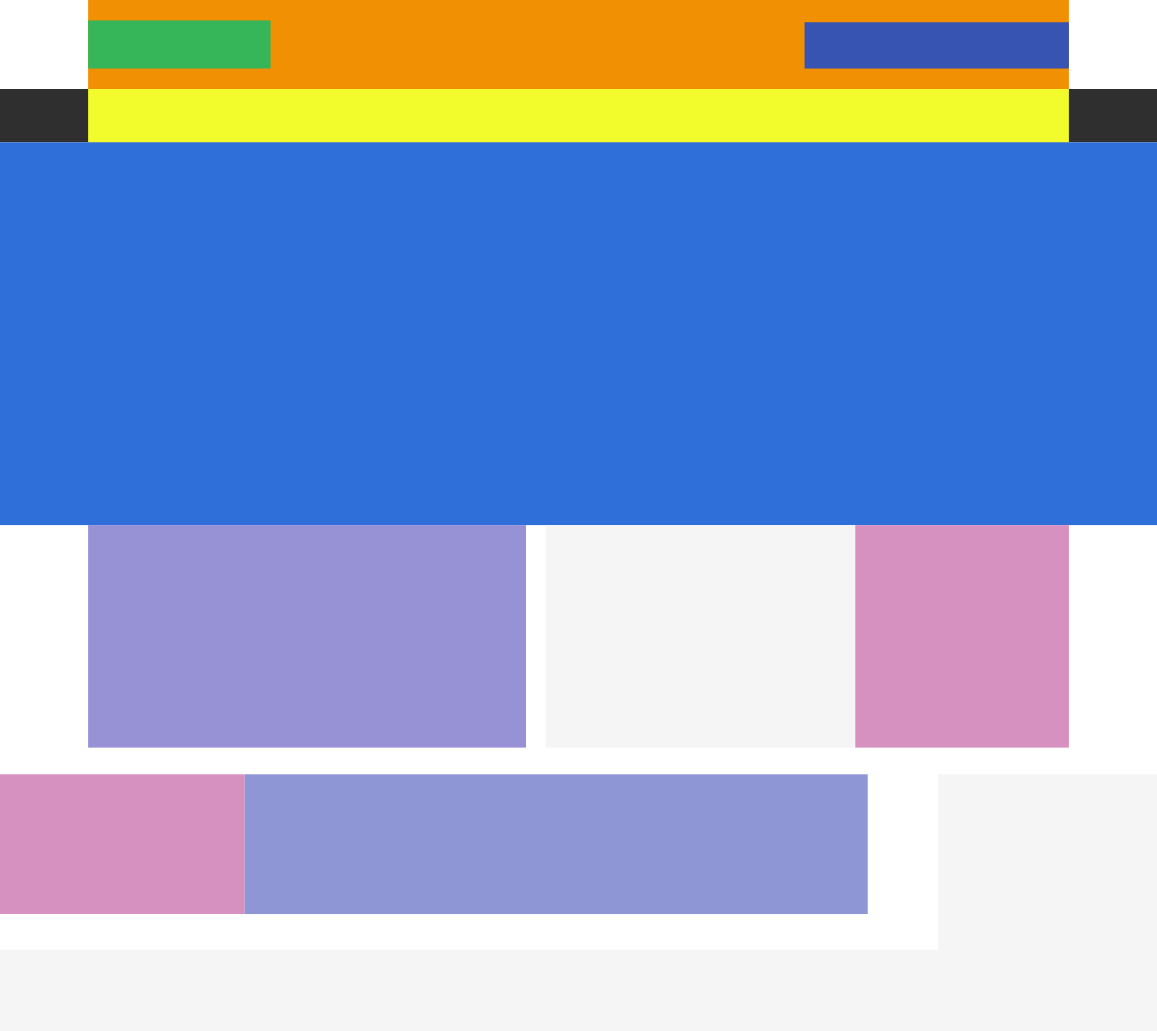
Repository: A1LExX/H5_study_set
Page: day04/扣丁.html
The author's editor kept a copy of each file at every save. The page is drawn from the files as they stood at one save, then again after the next save.
The browser window is 1280 px wide. The page is 1300 px wide, so the pictures cover 1300 px, including what lies to the right of the window. The pictures show the whole page, at 89% of full size.

Above is the page before, as saved 2021-06-24 20:30:03.

### day04/扣丁.html
<!--
@author [Alex Wei]
@email [w2262196@outlook.com]
@create date 2021-06-24 12:47:26
@modify date 2021-06-24 20:26:49
@desc [description]
-->
<!DOCTYPE html>
<html lang="en">

<head>
    <meta charset="UTF-8">
    <meta http-equiv="X-UA-Compatible" content="IE=edge">
    <meta name="viewport" content="width=device-width, initial-scale=1.0">
    <title>扣丁学堂</title>
    <link rel="stylesheet" href="./css/codingke.css">
</head>

<body>
    <div class="header">
        <div class="insideHeader">
            <div class="leftBox"></div>
            <div class="rightBox"></div>
        </div>
    </div>
    <div class="con1">
        <div class="out1"></div>
    </div>
    <div class="con2"></div>
    <div class="con3">
        <div class="out2">
            <div class="con3Box1"></div>
            <div class="con3Box2"></div>
            <div class="con3Box3"></div>
        </div>
    </div>
    <div class="con4">
        <div class="out3">
            <div class="con4Box1"></div>
            <div class="con4Box2"></div>
        </div>
    </div>
</body>

</html>

### day04/css/codingke.css
/**
 * @author [Alex Wei]
 * @email [w2262196@outlook.com]
 * @create date 2021-06-24 13:00:50
 * @modify date 2021-06-24 20:30:03
 * @desc [description]
 */
*{
    padding: 0;
    margin: 0;
}
.header{
    width: 1300px;
    height: 100px;
}
.insideHeader{
    width: 1102px;
    height: 100px;
    background: #f29004;
    overflow: hidden;
    margin: 0 auto;
}
.leftBox{
    width: 205px;
    height: 54px;
    background: #36b559;
    float: left;
    margin-top: 23px;
}
.rightBox{
    width: 297px;
    height: 52px;
    background: #3754b3;
    float: right;
    margin-top: 25px;
}
.con1{
    width: 1300px;
    height: 60px;
    background: #2f2f2f;
}
.out1{
    width: 1102px;
    height: 60px;
    background: #f2fb2b;
    margin: 0 auto;
}
.con2{
    width: 1300px;
    height: 430px;
    background: #2f6fd9;
}
.con3{
    width: 1300px;
    height: 250px;
    padding-bottom: 30px;
}
.out2{
    width: 1102px;
    height: 250px;
    margin: 0 auto;
}
.con3Box1{
    width: 492px;
    height: 250px;
    background: #9791d6;
    float: left;
    margin-right: 22px;
}
.con3Box2{
    width: 348px;
    height: 250px;
    float: left;
    background: #f5f5f5;
}
.con3Box3{
    width: 240px;
    height: 250px;
    float: left;
    background: #d691c0;
}
.con4{
    width: 1300px;
    height: 288px;
    background: #f5f5f5;
}
.out3{
    width: 1054px;
    height: 197px;
    background: #ffffff;
}
.con4Box1{
    width: 275px;
    height: 157px;
    background: #d691c0;
    float: left;
}
.con4Box2{
    width: 700px;
    height: 157px;
    background: #8f96d5;
    float: left;
}

After the next save:
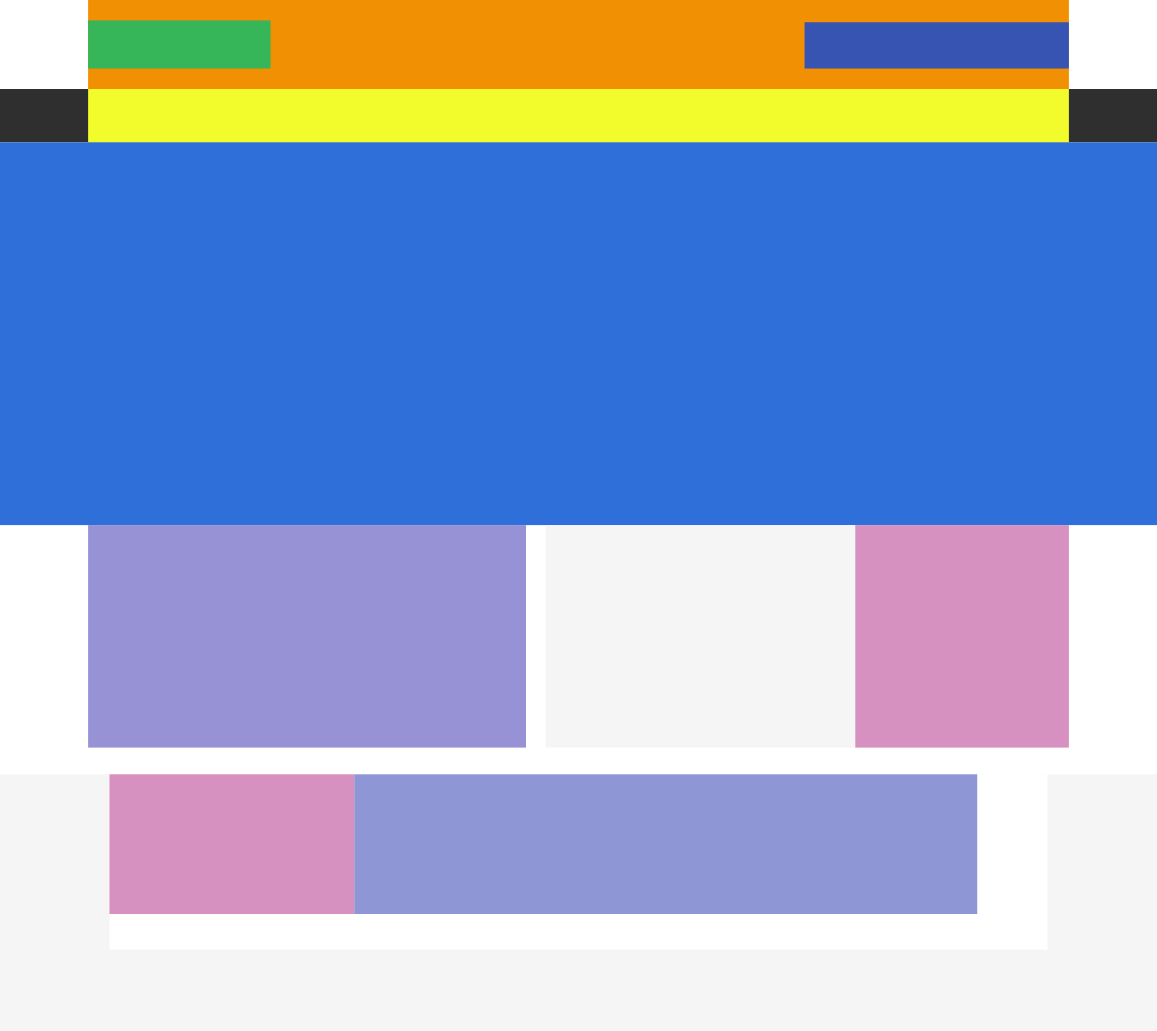
Saved 32 s later.
--- a/day04/css/codingke.css
+++ b/day04/css/codingke.css
@@ -2,7 +2,7 @@
  * @author [Alex Wei]
  * @email [w2262196@outlook.com]
  * @create date 2021-06-24 13:00:50
- * @modify date 2021-06-24 20:30:03
+ * @modify date 2021-06-24 20:30:35
  * @desc [description]
  */
 *{
@@ -88,12 +88,14 @@
     width: 1054px;
     height: 197px;
     background: #ffffff;
+    margin: 0 auto;
 }
 .con4Box1{
     width: 275px;
     height: 157px;
     background: #d691c0;
     float: left;
+
 }
 .con4Box2{
     width: 700px;
